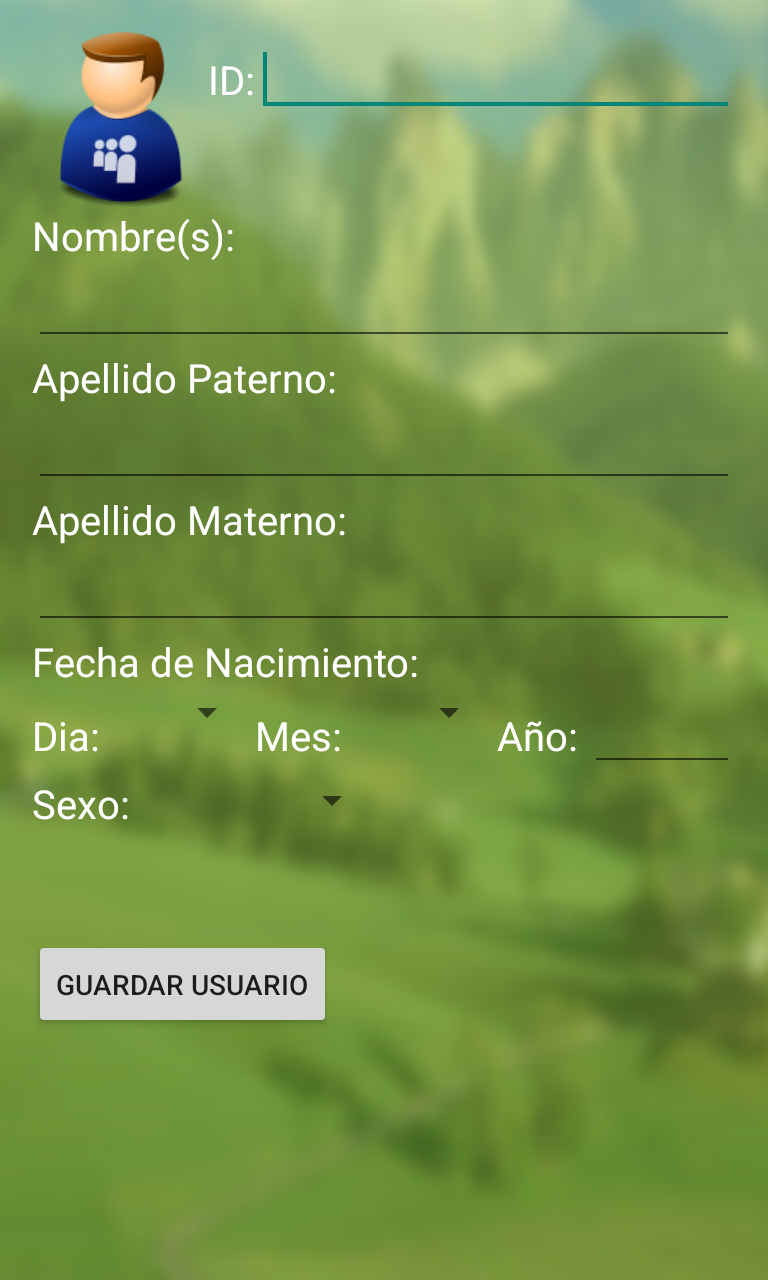
Repository: AntonioloNeviani/ProyectoDeInvestigacion_Android
Layout: FiliiStude/res/layout/activity_nuevo_usuario.xml
The author's editor kept a copy of each file at every save. The layout is drawn from the files as they stood at one save, then again after the next save.
It is drawn on a 768 x 1280 px phone screen (xhdpi) without system bars, with theme AppTheme; the app's code is not run.

Above is the layout before, as saved 2015-05-26 09:31:41.

### FiliiStude/res/layout/activity_nuevo_usuario.xml
<RelativeLayout xmlns:android="http://schemas.android.com/apk/res/android"
    xmlns:tools="http://schemas.android.com/tools"
    android:layout_width="match_parent"
    android:layout_height="match_parent"
    android:background="@drawable/fondo4"
    android:paddingBottom="@dimen/activity_vertical_margin"
    android:paddingLeft="@dimen/activity_horizontal_margin"
    android:paddingRight="@dimen/activity_horizontal_margin"
    android:paddingTop="@dimen/activity_vertical_margin"
    tools:context="com.filii.filiistude.NuevoUsuario" >

    <LinearLayout
        android:layout_width="wrap_content"
        android:layout_height="wrap_content"
        android:layout_alignParentLeft="true"
        android:layout_alignParentRight="true"
        android:orientation="vertical" >

        <LinearLayout
            android:layout_width="match_parent"
            android:layout_height="wrap_content" >

            <ImageView
                android:id="@+id/imageView1"
                android:layout_width="88dp"
                android:layout_height="88dp"
                android:src="@drawable/usuario" />

            <TextView
                android:id="@+id/textView2"
                android:layout_width="wrap_content"
                android:layout_height="wrap_content"
                android:text="ID:"
                android:textColor="#FFFFFF"
                android:textSize="20sp" />

            <EditText
                android:id="@+id/editText1"
                android:layout_width="wrap_content"
                android:layout_height="wrap_content"
                android:layout_weight="1"
                android:inputType="number"
                android:textColor="#FFFFFF"
                android:textSize="20sp" >

                <requestFocus />
            </EditText>
        </LinearLayout>

        <TextView
            android:id="@+id/textView1"
            android:layout_width="wrap_content"
            android:layout_height="wrap_content"
            android:text="Nombre(s): "
            android:textColor="#FFFFFF"
            android:textSize="20sp" />

        <EditText
            android:id="@+id/editText2"
            android:layout_width="match_parent"
            android:layout_height="wrap_content"
            android:ems="10"
            android:inputType="textPersonName"
            android:textColor="#FFFFFF"
            android:textSize="20sp" />

        <TextView
            android:id="@+id/textView3"
            android:layout_width="wrap_content"
            android:layout_height="wrap_content"
            android:text="Apellido Paterno: "
            android:textColor="#FFFFFF"
            android:textSize="20sp" />

        <EditText
            android:id="@+id/editText3"
            android:layout_width="match_parent"
            android:layout_height="wrap_content"
            android:ems="10"
            android:inputType="textPersonName"
            android:textColor="#FFFFFF"
            android:textSize="20sp" />

        <TextView
            android:id="@+id/textView4"
            android:layout_width="wrap_content"
            android:layout_height="wrap_content"
            android:text="Apellido Materno: "
            android:textColor="#FFFFFF"
            android:textSize="20sp" />

        <EditText
            android:id="@+id/editText4"
            android:layout_width="match_parent"
            android:layout_height="wrap_content"
            android:ems="10"
            android:inputType="textPersonName"
            android:textColor="#FFFFFF"
            android:textSize="20sp" />

        <TextView
            android:id="@+id/textView5"
            android:layout_width="wrap_content"
            android:layout_height="wrap_content"
            android:text="Fecha de Nacimiento: "
            android:textColor="#FFFFFF"
            android:textSize="20sp" />

        <LinearLayout
            android:layout_width="match_parent"
            android:layout_height="wrap_content" >

            <TextView
                android:id="@+id/textView7"
                android:layout_width="wrap_content"
                android:layout_height="wrap_content"
                android:text="Dia: "
                android:textColor="#FFFFFF"
            android:textSize="20sp" />

            <Spinner
                android:id="@+id/spinnerDia"
                android:layout_width="wrap_content"
                android:layout_height="wrap_content"
                android:layout_weight="1" />

            <TextView
                android:id="@+id/textView8"
                android:layout_width="wrap_content"
                android:layout_height="wrap_content"
                android:text="Mes: "
                android:textColor="#FFFFFF"
            	android:textSize="20sp" />

            <Spinner
                android:id="@+id/spinnerMes"
                android:layout_width="wrap_content"
                android:layout_height="wrap_content"
                android:layout_weight="1" />

            <TextView
                android:id="@+id/textView9"
                android:layout_width="wrap_content"
                android:layout_height="wrap_content"
                android:text="Año: "
                android:textColor="#FFFFFF"
            	android:textSize="20sp" />

            <EditText
                android:id="@+id/editText5"
                android:layout_width="74dp"
                android:layout_height="wrap_content"
                android:ems="10"
                android:inputType="date"
                android:textColor="#FFFFFF"
                android:textSize="20sp" />

        </LinearLayout>

        <LinearLayout
            android:layout_width="match_parent"
            android:layout_height="80dp" >

            <TextView
                android:id="@+id/textView6"
                android:layout_width="wrap_content"
                android:layout_height="wrap_content"
                android:text="Sexo: "
                android:textColor="#FFFFFF"
                android:textSize="20sp" />

            <Spinner
                android:id="@+id/sexo"
                android:layout_width="120dp"
                android:layout_height="wrap_content"
                android:textColor="#FFFFFF"
                android:textSize="20sp" />
        </LinearLayout>

        <LinearLayout
            android:layout_width="match_parent"
            android:layout_height="wrap_content" >

            <Button
                android:id="@+id/button1"
                android:layout_width="wrap_content"
                android:layout_height="wrap_content"
                android:text="Guardar Usuario" />

        </LinearLayout>

    </LinearLayout>

</RelativeLayout>

Loaded but not shown: FiliiStude/res/values/styles.xml (common file); FiliiStude/res/values-v11/styles.xml (common file); FiliiStude/res/values-v14/styles.xml (common file); FiliiStude/res/values/dimens.xml (common file); FiliiStude/res/values-w820dp/dimens.xml (common file)

After the next save:
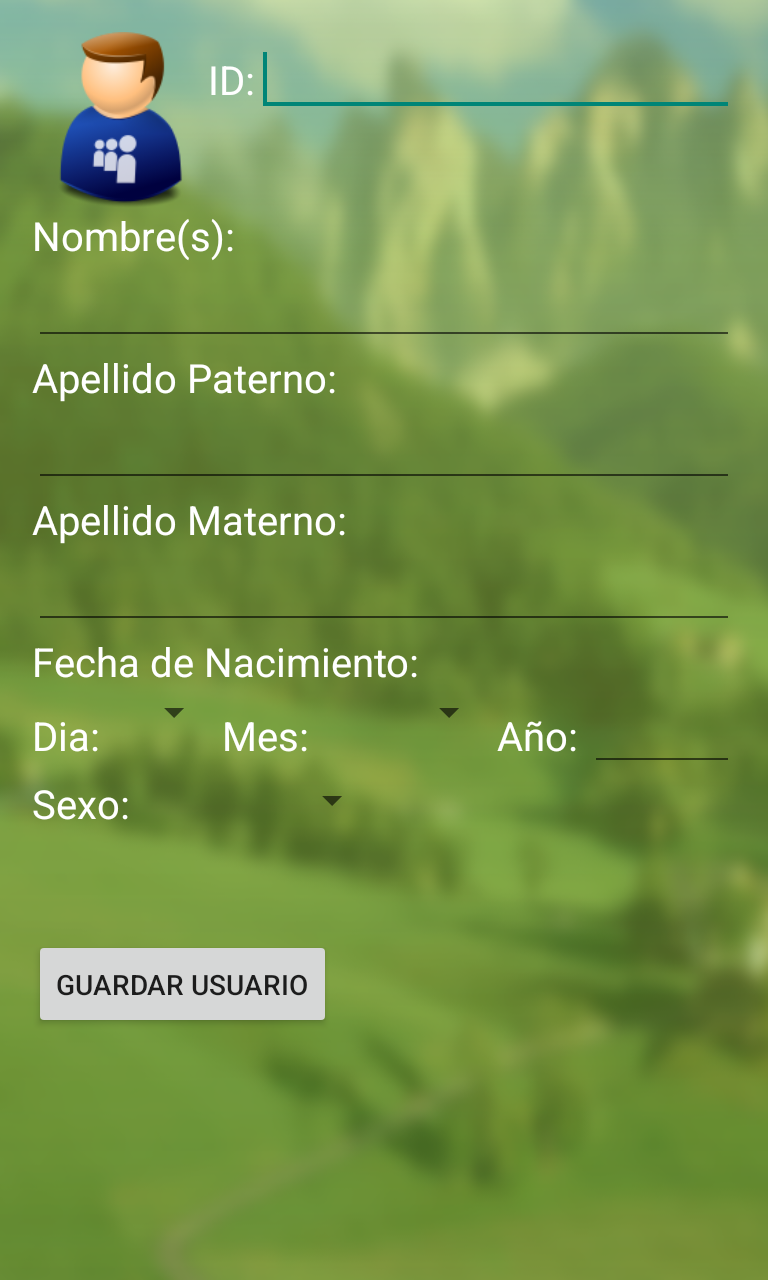
Saved 114 s later.
--- a/FiliiStude/res/layout/activity_nuevo_usuario.xml
+++ b/FiliiStude/res/layout/activity_nuevo_usuario.xml
@@ -120,9 +120,8 @@
 
             <Spinner
                 android:id="@+id/spinnerDia"
-                android:layout_width="wrap_content"
-                android:layout_height="wrap_content"
-                android:layout_weight="1" />
+                android:layout_width="56dp"
+                android:layout_height="wrap_content" />
 
             <TextView
                 android:id="@+id/textView8"
